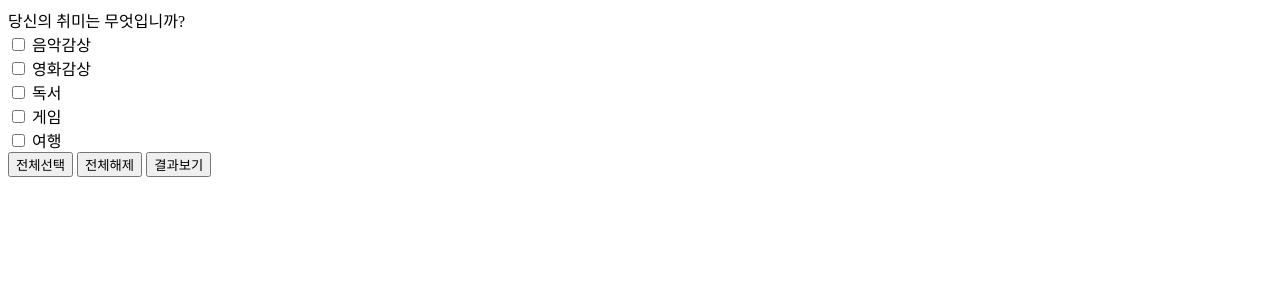
Repository: Jooheehan-kopo/web-workspace
Page: Lecture-web/WebContent/javascript/Dom/exam10(form).html
An editor plug-in stored every save of this project. The page is shown before and after the next save, followed by the edit.
The browser window is 1280 px wide. The pictures show the whole page.

Above is the page before, as saved 2021-06-16 02:58:49.

After the next save:
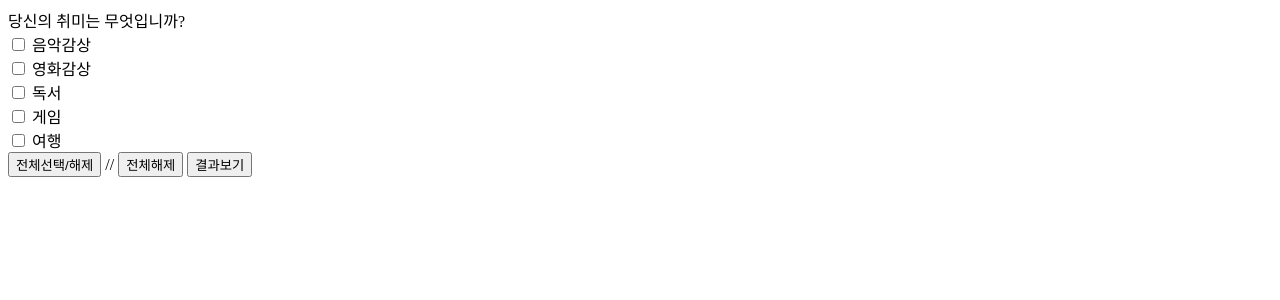
Saved 92 min 12 s later.
--- a/Lecture-web/WebContent/javascript/Dom/exam10(form).html
+++ b/Lecture-web/WebContent/javascript/Dom/exam10(form).html
@@ -48,6 +48,18 @@
 		}
 	}
 
+	function checkornot(check){
+		let f = document.inputForm.hobby
+		let cnt=0
+		for (let i = 0; i < length; i++) {
+			if(hobby[i].checked)  //체크 여부가 참이면 블러스
+				cnt++
+			else
+				break
+		}
+		alert(cnt)
+	}
+
 
 	/*
 	document.getElementById("music") : 얘는 위에서부터 실행을 하면, 아직 body에 닿지 않았어.
@@ -61,15 +73,15 @@
 </head>
 <body>
 	<form name="inputForm">
-		당신의 취미는 무엇입니까?<br> <input type="checkbox" name="hobby"
-			value="music"> 음악감상<br> <input type="checkbox"
-			name="hobby" value="movie"> 영화감상<br> <input
-			type="checkbox" name="hobby" value="book"> 독서<br> <input
-			type="checkbox" name="hobby" value="game"> 게임<br> <input
-			type="checkbox" name="hobby" value="travel"> 여행<br> <input
-			type="button" value="전체선택" onclick="toggle(true)"> <input
-			type="button" value="전체해제" onclick="toggle(false)"> <input
-			type="button" value="결과보기" onclick="showInfo()">
+		당신의 취미는 무엇입니까?<br>
+		<input type="checkbox" name="hobby"	value="music"> 음악감상<br>
+		<input type="checkbox" name="hobby" value="movie"> 영화감상<br>
+		<input	type="checkbox" name="hobby" value="book"> 독서<br>
+		<input	type="checkbox" name="hobby" value="game"> 게임<br>
+		 <input	type="checkbox" name="hobby" value="travel"> 여행<br>
+		 <input	type="button" name= "click" value="전체선택/해제" onclick="toggle(true)">
+//		 <input	type="button" value="전체해제" onclick="toggle(false)">
+		 <input	type="button" value="결과보기" onclick="showInfo()">
 
 	</form>
 
